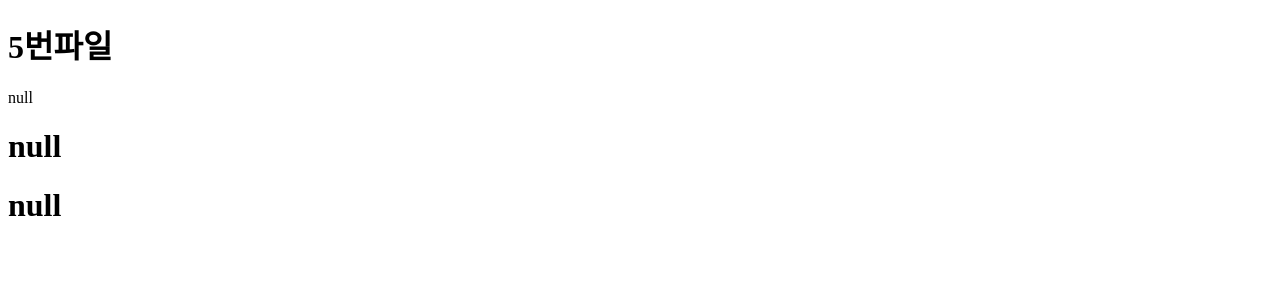
Repository: JJinBBangg/JSP
Page: http://localhost/jsp/ch07/lecture/01include-directive/05include.jsp
The author's editor kept a copy of each file at every save. The page is drawn from the files as they stood at one save, then again after the next save.
The browser window is 1280 px wide. The pictures show the whole page.
The page is served by Tomcat 9. Other server files are loaded and not shown.

Above is the page before, as saved 2023-04-01 06:06:21.

### jsp/src/main/webapp/ch07/lecture/01include-directive/05include.jsp
<%@ page language="java" contentType="text/html; charset=UTF-8"
    pageEncoding="UTF-8"%>
<!DOCTYPE html>
<html>
<head>
<meta charset="UTF-8">
<title>Insert title here</title>
</head>
<body>
<h1>5번파일</h1>
<%=request.getParameter("address")%>
<%@ include file="06sub.jsp" %>
<jsp:include page="06sub.jsp"/>
</body>
</html>

### jsp/src/main/webapp/ch07/lecture/01include-directive/06sub.jsp
<%@ page language="java" contentType="text/html; charset=UTF-8"
    pageEncoding="UTF-8"%>


  	<%String address= request.getParameter("address");
  	%>
  	<h1><%=address %></h1>

After the next save:
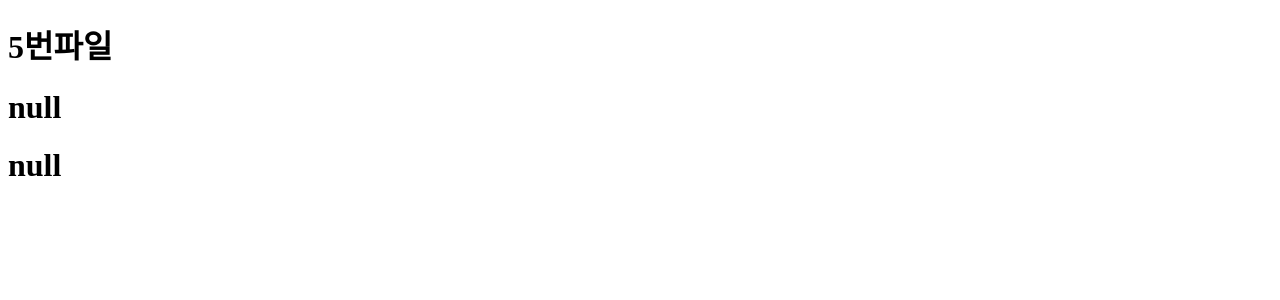
Saved 39 s later.
--- a/jsp/src/main/webapp/ch07/lecture/01include-directive/05include.jsp
+++ b/jsp/src/main/webapp/ch07/lecture/01include-directive/05include.jsp
@@ -8,8 +8,9 @@
 </head>
 <body>
 <h1>5번파일</h1>
-<%=request.getParameter("address")%>
+<%request.setAttribute("address", "kookjin");%>
 <%@ include file="06sub.jsp" %>
+
 <jsp:include page="06sub.jsp"/>
 </body>
 </html>
